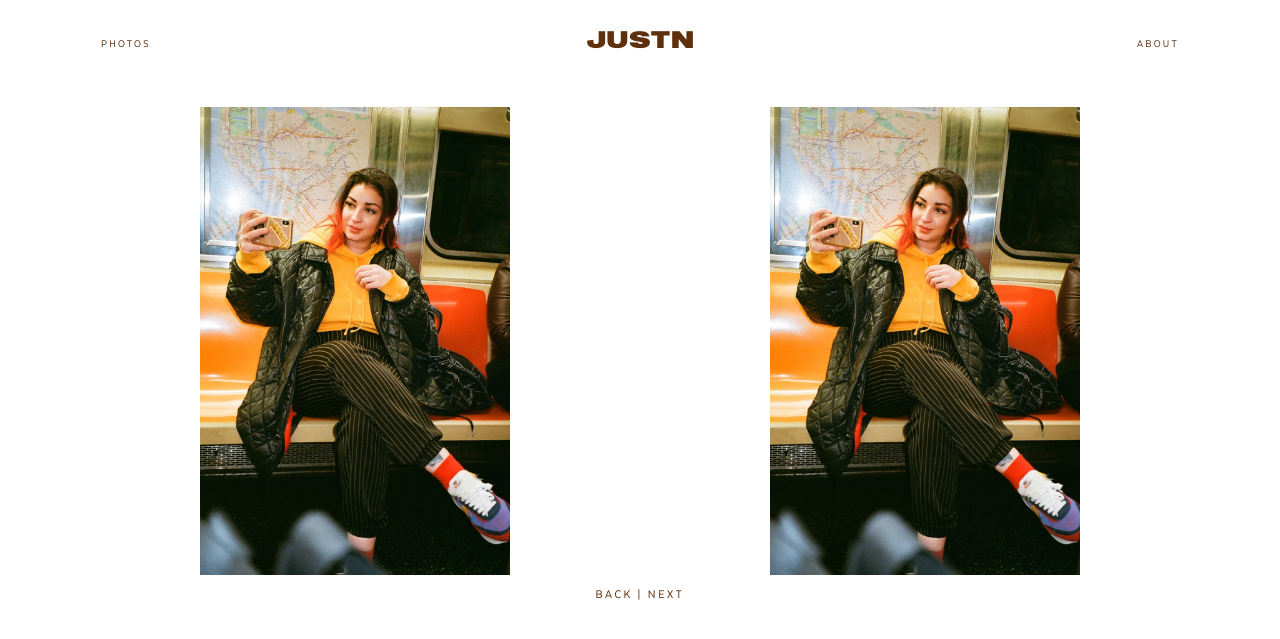
Repository: AviMKabir/justn_2020
Page: about.html
The author's editor kept a copy of each file at every save. The page is drawn from the files as they stood at one save, then again after the next save.
The browser window is 1280 px wide. The pictures show the whole page.

Above is the page before, as saved 2020-12-06 17:57:10.

After the next save:
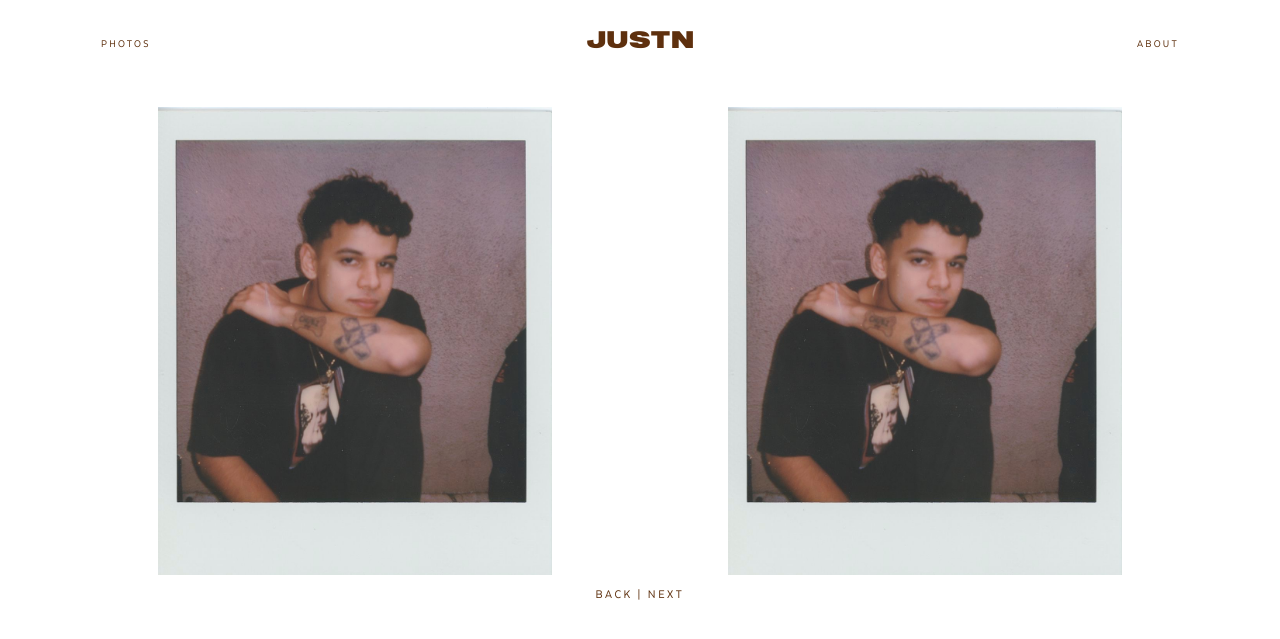
Saved 13 s later.
--- a/about.html
+++ b/about.html
@@ -102,10 +102,10 @@
                 <div class="carousel-item active">
                     <div class="row">
                         <div class="col">
-                        <img class="d-block " src="./img/portraits-slide-19.jpg">
+                        <img class="d-block " src="./img/about.jpg">
                         </div>
                         <div class="col">
-                        <img class="d-block " src="./img/portraits-slide-19.jpg">
+                        <img class="d-block " src="./img/about.jpg">
                         </div>
                     </div>
                 </div>
